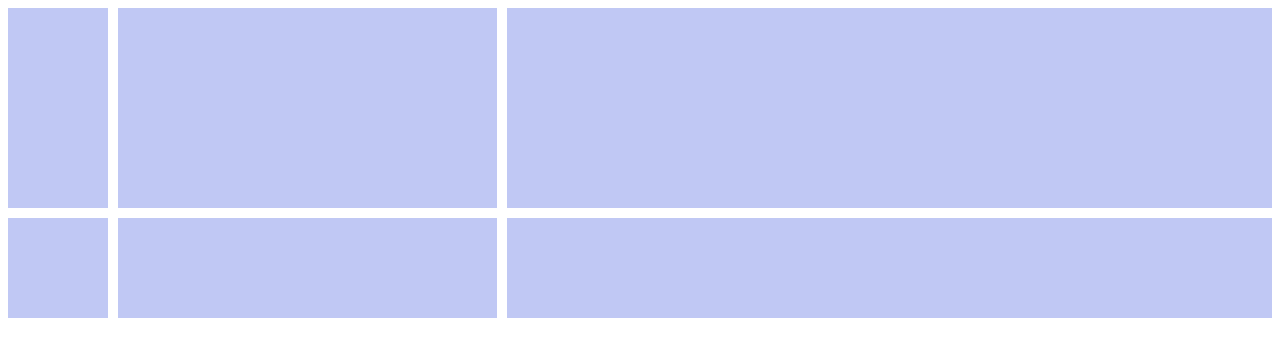
Repository: IrinaGetmanenko/week6
Page: tables.html
An editor plug-in stored every save of this project. The page is shown before and after the next save, followed by the edit.
The browser window is 1280 px wide. The pictures show the whole page.

Above is the page before, as saved 2022-09-02 10:43:13.

After the next save:
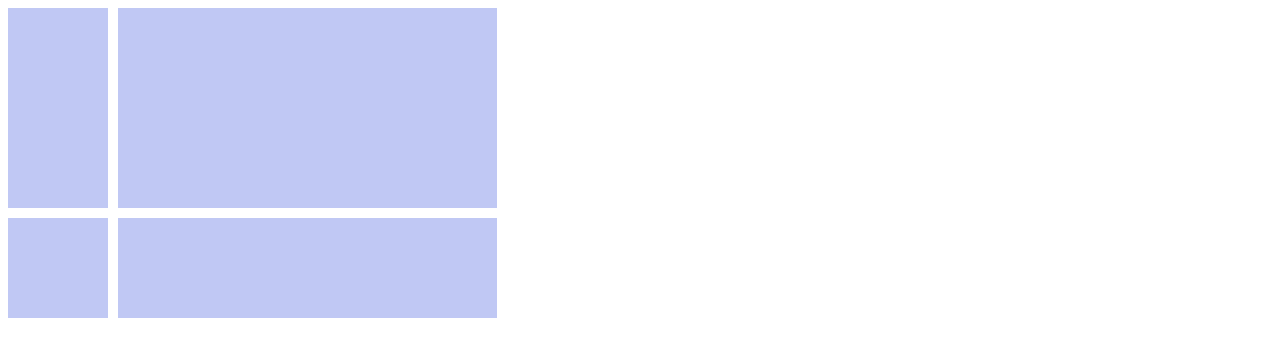
Saved 23 s later.
--- a/tables.html
+++ b/tables.html
@@ -10,8 +10,8 @@
 
 .container {
   display: grid;
-  grid-template-columns: 100px 30% 1fr;
-  grid-template-rows: 200px 100px 1fr;
+  grid-template-columns: 100px 30% ;
+  grid-template-rows: 200px 100px ;
   gap: 10px;
 }
 

After the save that followed:
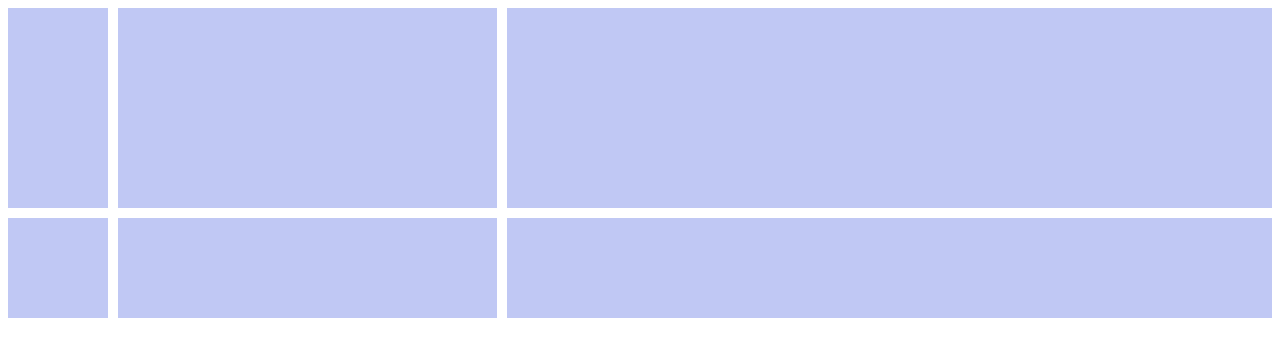
Saved 12 s later.
--- a/tables.html
+++ b/tables.html
@@ -10,7 +10,7 @@
 
 .container {
   display: grid;
-  grid-template-columns: 100px 30% ;
+  grid-template-columns: 100px 30% 1fr;
   grid-template-rows: 200px 100px ;
   gap: 10px;
 }
